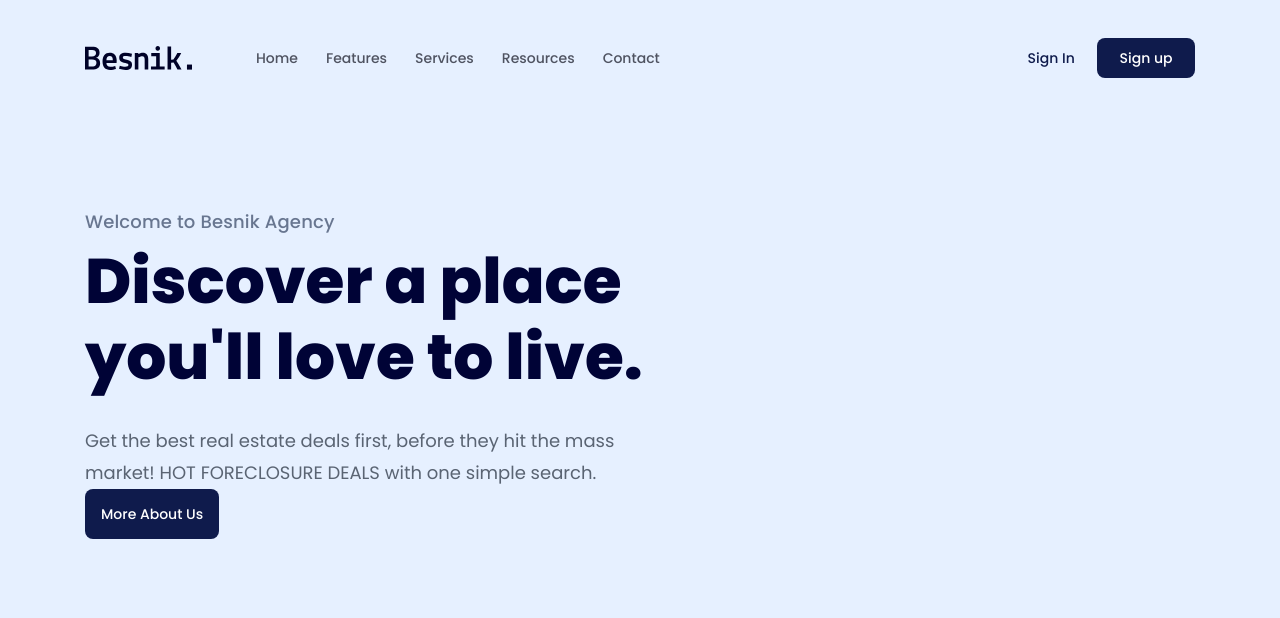
Repository: jessicapaa/F8-Project-01
Page: index.html
These files come from the project's save history. The page is drawn as it stood at one moment and after the next save; the edit follows.
The browser window is 1280 px wide. The pictures show the whole page.

Above is the page before, as saved 2024-03-08 07:27:19.

### index.html
<!DOCTYPE html>
<html lang="en">

<head>
    <meta charset="UTF-8">
    <meta name="viewport" content="width=device-width, initial-scale=1.0">
    <title>F8-Project-01</title>
    <link rel="stylesheet" href="./assets/css/reset.css">
    <link rel="stylesheet" href="./assets/fonts/stylesheet.css">
    <link rel="stylesheet" href="./assets/css/styles.css">
</head>

<body>
    <!-- main -->
    <main>

        <!-- header -->
        <header class="header">
            <div class="content">
                <nav class="navbar">
                    <!-- logo -->
                    <img src="./assets/img/logo.svg" alt="Besnik.">

                    <!-- navigation -->
                    <ul>
                        <li><a href="#!">Home</a></li>
                        <li><a href="#!">Features</a></li>
                        <li><a href="#!">Services</a></li>
                        <li><a href="#!">Resources</a></li>
                        <li><a href="#!">Contact</a></li>
                    </ul>

                    <!-- Action -->
                    <div class="actions">
                        <a href="#!" class="action-link">Sign In</a>
                        <a href="#!" class="btn action-btn">Sign up</a>
                    </div>
                </nav>
                <div class="hero">
                    <div class="info">
                        <p class="sub-title">Welcome to Besnik Agency</p>
                        <h1 class="title">Discover a place
                            you'll love to live.</h1>
                        <p class="desc">Get the best real estate deals first,
                            before they hit the mass market! HOT FORECLOSURE DEALS with one simple search.</p>
                        <a href="#!" class="btn hero-btn">More About Us</a>
                    </div>
                </div>
            </div>

        </header>
    </main>
</body>

</html>

### assets/fonts/stylesheet.css
@font-face {
    font-family: "Poppins";
    src: url("Poppins/Poppins-BlackItalic.woff2") format("woff2"),
        url("Poppins/Poppins-BlackItalic.woff") format("woff");
    font-weight: 900;
    font-style: italic;
    font-display: swap;
}

@font-face {
    font-family: "Poppins";
    src: url("Poppins/Poppins-Black.woff2") format("woff2"),
        url("Poppins/Poppins-Black.woff") format("woff");
    font-weight: 900;
    font-style: normal;
    font-display: swap;
}

@font-face {
    font-family: "Poppins";
    src: url("Poppins/Poppins-BoldItalic.woff2") format("woff2"),
        url("Poppins/Poppins-BoldItalic.woff") format("woff");
    font-weight: bold;
    font-style: italic;
    font-display: swap;
}

@font-face {
    font-family: "Poppins";
    src: url("Poppins/Poppins-ExtraBold.woff2") format("woff2"),
        url("Poppins/Poppins-ExtraBold.woff") format("woff");
    font-weight: bold;
    font-style: normal;
    font-display: swap;
}

@font-face {
    font-family: "Poppins";
    src: url("Poppins/Poppins-ExtraBoldItalic.woff2") format("woff2"),
        url("Poppins/Poppins-ExtraBoldItalic.woff") format("woff");
    font-weight: bold;
    font-style: italic;
    font-display: swap;
}

@font-face {
    font-family: "Poppins";
    src: url("Poppins/Poppins-ExtraLight.woff2") format("woff2"),
        url("Poppins/Poppins-ExtraLight.woff") format("woff");
    font-weight: 200;
    font-style: normal;
    font-display: swap;
}

@font-face {
    font-family: "Poppins";
    src: url("Poppins/Poppins-ExtraLightItalic.woff2") format("woff2"),
        url("Poppins/Poppins-ExtraLightItalic.woff") format("woff");
    font-weight: 200;
    font-style: italic;
    font-display: swap;
}

@font-face {
    font-family: "Poppins";
    src: url("Poppins/Poppins-Light.woff2") format("woff2"),
        url("Poppins/Poppins-Light.woff") format("woff");
    font-weight: 300;
    font-style: normal;
    font-display: swap;
}

@font-face {
    font-family: "Poppins";
    src: url("Poppins/Poppins-Italic.woff2") format("woff2"),
        url("Poppins/Poppins-Italic.woff") format("woff");
    font-weight: normal;
    font-style: italic;
    font-display: swap;
}

@font-face {
    font-family: "Poppins";
    src: url("Poppins/Poppins-Medium.woff2") format("woff2"),
        url("Poppins/Poppins-Medium.woff") format("woff");
    font-weight: 500;
    font-style: normal;
    font-display: swap;
}

@font-face {
    font-family: "Poppins";
    src: url("Poppins/Poppins-MediumItalic.woff2") format("woff2"),
        url("Poppins/Poppins-MediumItalic.woff") format("woff");
    font-weight: 500;
    font-style: italic;
    font-display: swap;
}

@font-face {
    font-family: "Poppins";
    src: url("Poppins/Poppins-LightItalic.woff2") format("woff2"),
        url("Poppins/Poppins-LightItalic.woff") format("woff");
    font-weight: 300;
    font-style: italic;
    font-display: swap;
}

@font-face {
    font-family: "Poppins";
    src: url("Poppins/Poppins-Regular.woff2") format("woff2"),
        url("Poppins/Poppins-Regular.woff") format("woff");
    font-weight: normal;
    font-style: normal;
    font-display: swap;
}

@font-face {
    font-family: "Poppins";
    src: url("Poppins/Poppins-SemiBold.woff2") format("woff2"),
        url("Poppins/Poppins-SemiBold.woff") format("woff");
    font-weight: 600;
    font-style: normal;
    font-display: swap;
}

@font-face {
    font-family: "Poppins";
    src: url("Poppins/Poppins-SemiBoldItalic.woff2") format("woff2"),
        url("Poppins/Poppins-SemiBoldItalic.woff") format("woff");
    font-weight: 600;
    font-style: italic;
    font-display: swap;
}

@font-face {
    font-family: "Poppins";
    src: url("Poppins/Poppins-Thin.woff2") format("woff2"),
        url("Poppins/Poppins-Thin.woff") format("woff");
    font-weight: 100;
    font-style: normal;
    font-display: swap;
}

@font-face {
    font-family: "Poppins";
    src: url("Poppins/Poppins-ThinItalic.woff2") format("woff2"),
        url("Poppins/Poppins-ThinItalic.woff") format("woff");
    font-weight: 100;
    font-style: italic;
    font-display: swap;
}

### assets/css/styles.css
* {
    box-sizing: border-box;
}
html {
    font-size: 62.5%;
}
:root {
    --primary-color: #0f1b4c;
}
body {
    font-size: 1.6rem;
    /* font-family: ; */
    font-family: "Poppins";
}
/* common */
.content {
    width: 1110px;
    max-width: calc(100% - 48px);
    margin-left: auto;
    margin-right: auto;
}

a {
    text-decoration: none;
}

.btn {
    display: inline-block;
    min-width: 98px;
    background: var(--primary-color);
    border-radius: 8px;
    font-size: 1.4rem;
    font-weight: 500;
    text-align: center;
    color: #fff;
    padding: 18px 16px;
}
.btn:hover {
    opacity: 0.9;
}

/* css header */
.header {
    height: 100vh;
    background: #e6f0ff;
}

.navbar {
    display: flex;
    align-items: center;
    padding-top: 38px;
}

.navbar ul {
    display: flex;
    margin-left: 50px;
}

.navbar .actions {
    margin-left: auto;
}

.navbar ul a {
    font-weight: 500;
    font-size: 1.4rem;
    color: #4f5361;
    padding: 8px 14px;
}

.navbar .action-link {
    font-weight: 500;
    font-size: 1.4rem;
    color: var(--primary-color);
}

.navbar .action-btn {
    padding: 13px 16px;
    margin-left: 18px;
}

/* css hero */

.hero {
    width: 51%;
    margin-top: 130px;
}

.hero .sub-title {
    color: #687690;
    font-size: 1.8rem;
    font-weight: 500;
    line-height: normal;
    letter-spacing: 0.018rem;
}

.hero .title {
    margin-top: 8px;
    color: #000336;
    font-size: 6.3rem;
    font-style: normal;
    font-weight: 700;
    line-height: 7.6rem; /* 118.75% */
}

.hero .desc {
    margin-top: 30px;
    color: #5a6473;
    font-size: 1.8rem;
    font-weight: 400;
    line-height: 3.2rem; /* 177.778% */
    transform: capitalize;
}

Loaded but not shown: assets/css/reset.css (common file)

After the next save:
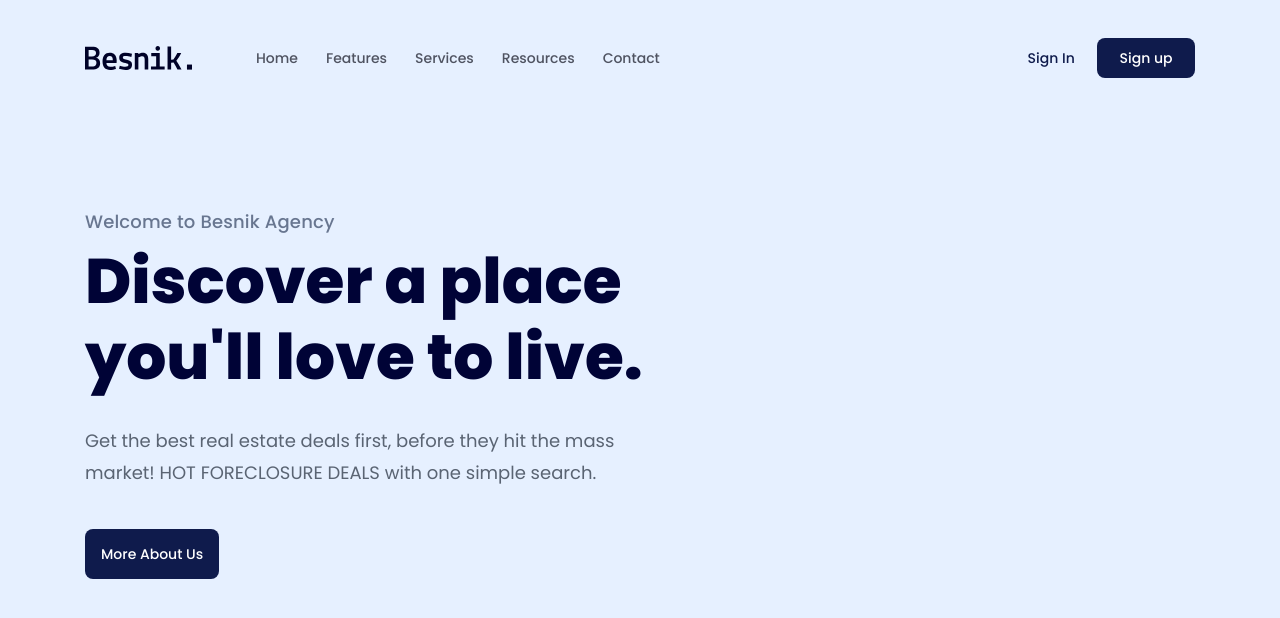
Saved 9 s later.
--- a/assets/css/styles.css
+++ b/assets/css/styles.css
@@ -110,3 +110,6 @@
     line-height: 3.2rem; /* 177.778% */
     transform: capitalize;
 }
+.hero-btn {
+    margin-top: 40px;
+}
